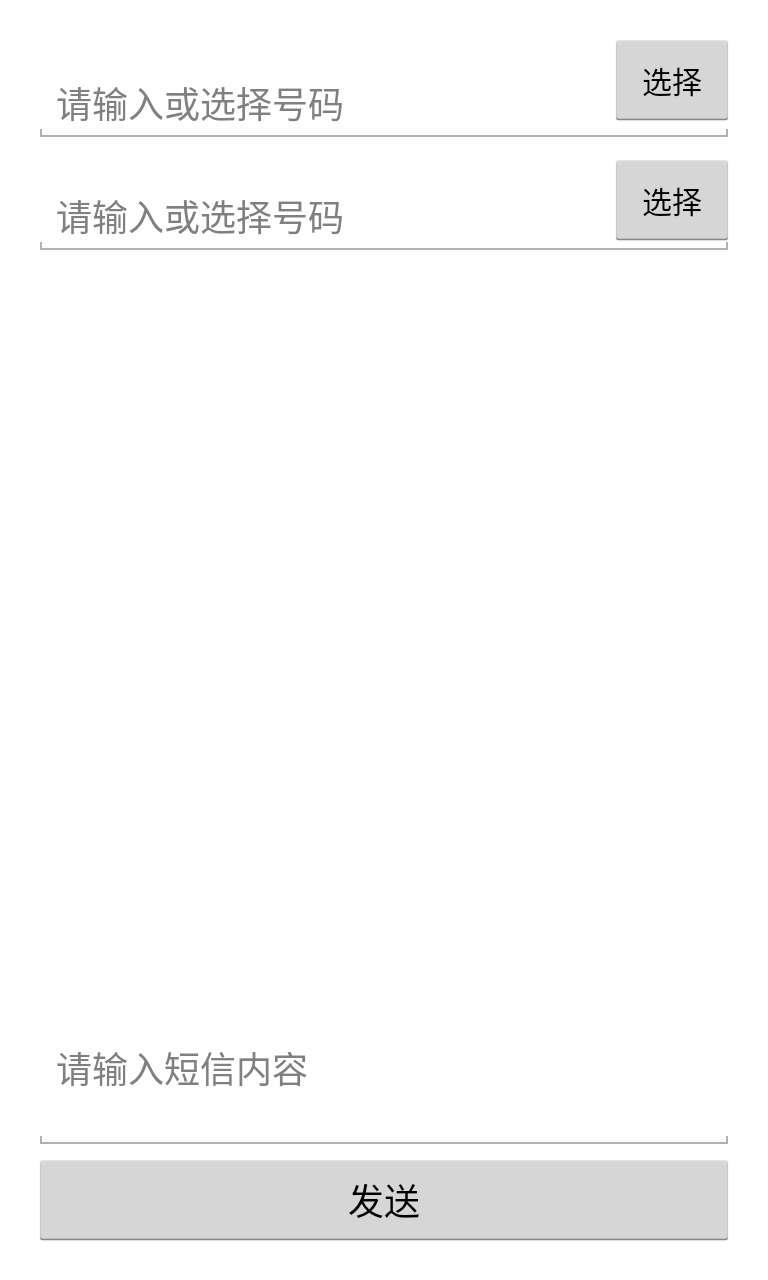
Repository: DongHuaLu/android
Layout: 26SmsSernder/res/layout/activity_main.xml
The author's editor kept a copy of each file at every save. The layout is drawn from the files as they stood at one save, then again after the next save.
It is drawn on a 768 x 1280 px phone screen (xhdpi) without system bars, with theme AppTheme; the app's code is not run.

Above is the layout before, as saved 2013-08-29 06:19:05.

After the next save:
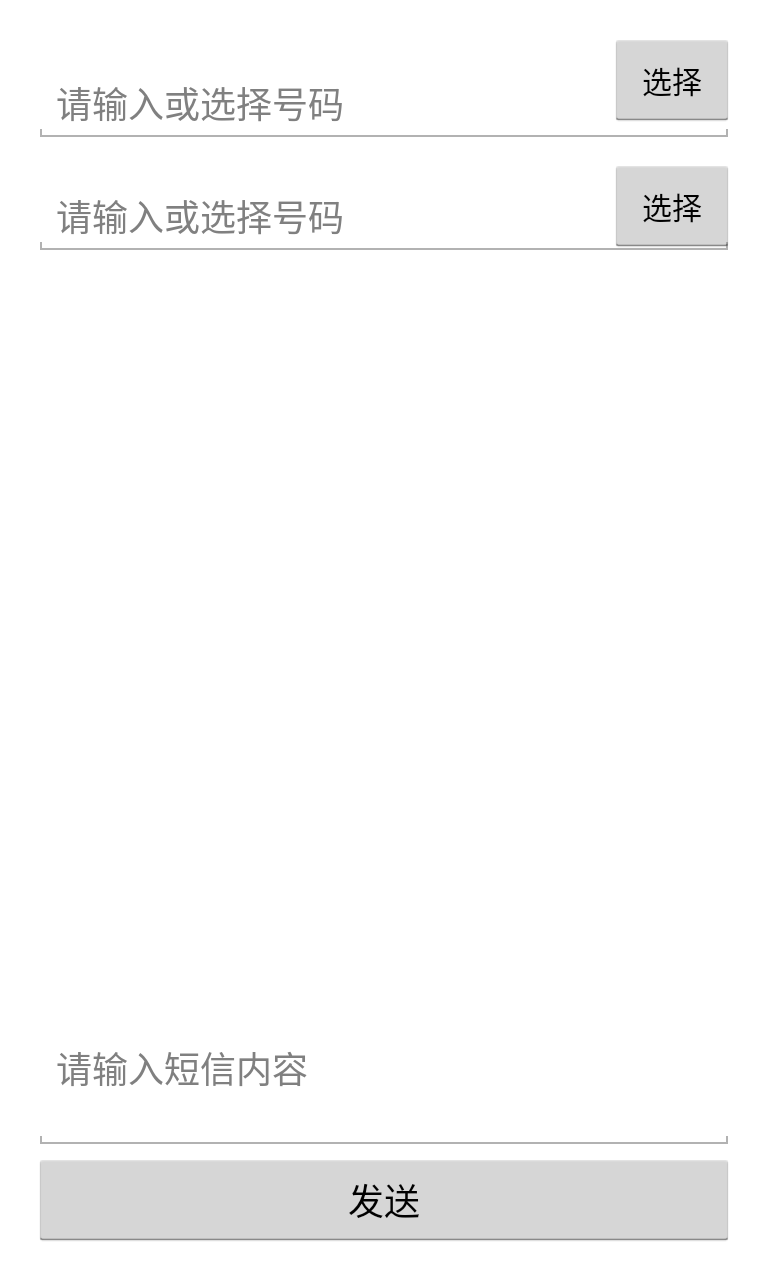
Saved 6 s later.
--- a/26SmsSernder/res/layout/activity_main.xml
+++ b/26SmsSernder/res/layout/activity_main.xml
@@ -42,7 +42,7 @@
             android:layout_height="wrap_content"
             android:layout_alignParentRight="true"
             android:layout_alignBottom="@id/etPhoneNumber2"
-            android:layout_marginBottom="5dp"
+            android:layout_marginBottom="2dp"
             android:onClick="select2"
             android:text="选择"
             android:textSize="15sp" >
